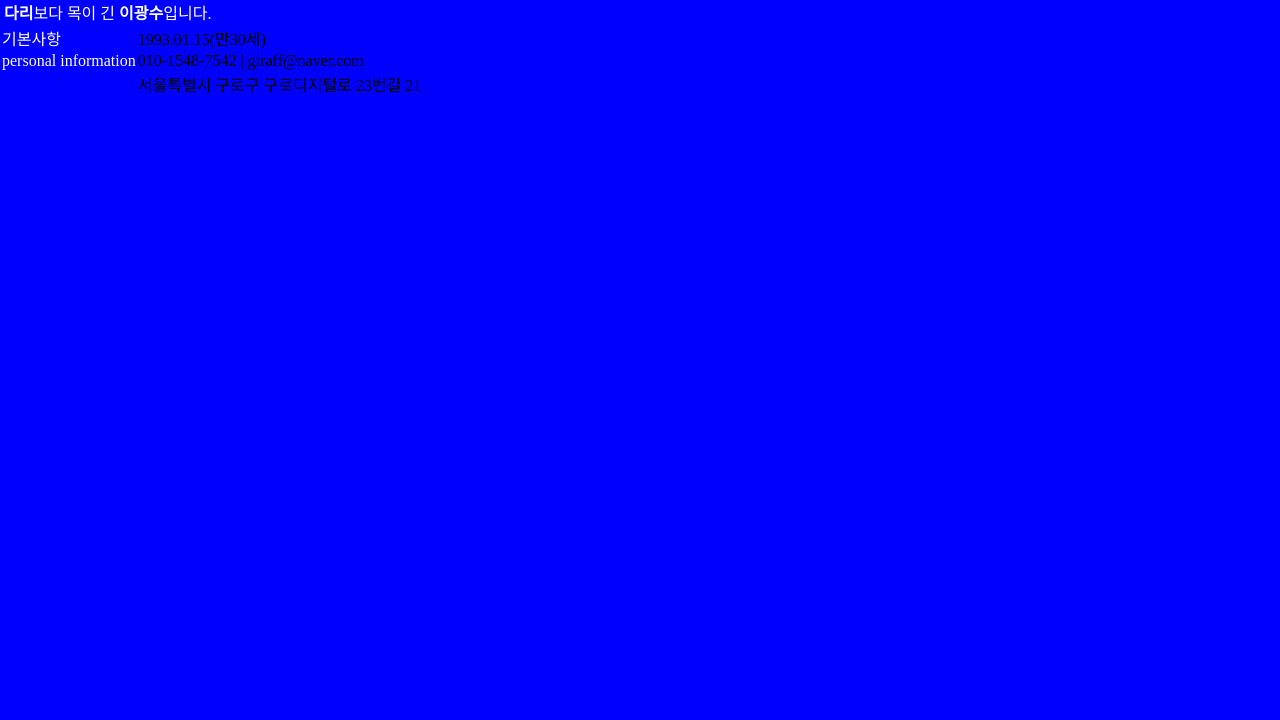
Repository: marudaga/html-css-lecture
Page: work/study/src/main/webapp/htmlEx/ch04/myQuiz2.html
The author's editor kept a copy of each file at every save. The page is drawn from the files as they stood at one save, then again after the next save.
The browser window is 1280 px wide. The pictures show the whole page.

Above is the page before, as saved 2022-09-07 08:17:03.

After the next save:
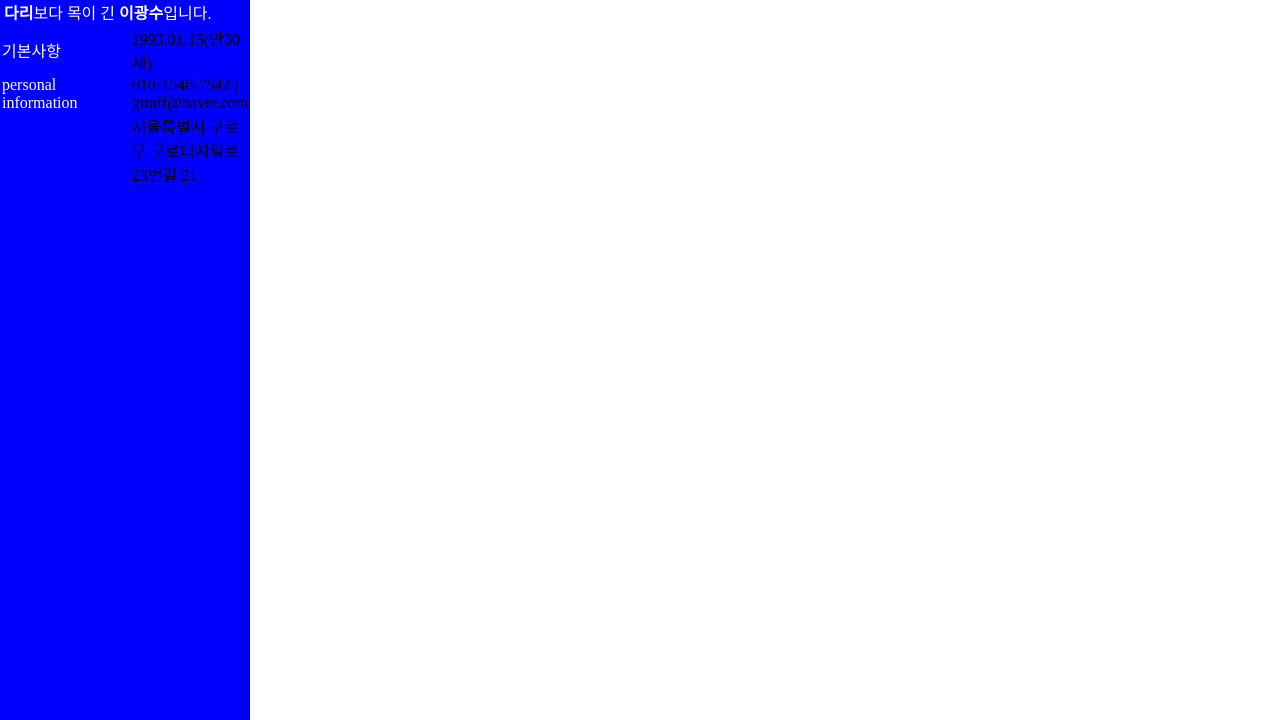
Saved 9 s later.
--- a/work/study/src/main/webapp/htmlEx/ch04/myQuiz2.html
+++ b/work/study/src/main/webapp/htmlEx/ch04/myQuiz2.html
@@ -8,14 +8,14 @@
 	padding:0;}
 .background {
 	background-color: blue;
-	width: 250;
+	width: 250px;
 	height: 100vh;
 }
 .table td:nth-child(1),span {
 border-bottom:white;
 border-top:white;
 color: white;
-width: 250;
+width: 250px;
 }
 .table
 </style>
